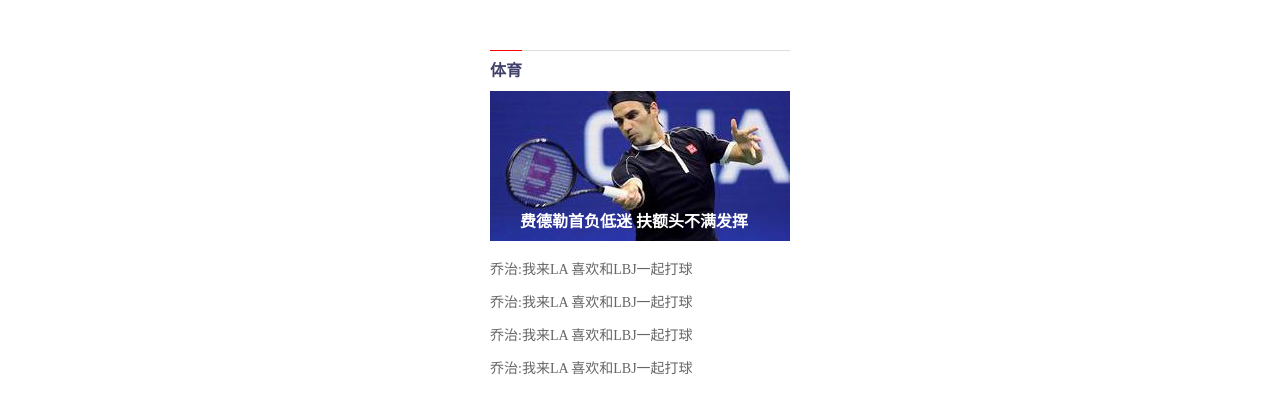
Repository: Romic77/css-test
Page: exercise/03_网易新闻的右侧列表.html
These files come from the project's save history. The page is drawn as it stood at one moment and after the next save; the edit follows.
The browser window is 1280 px wide. The pictures show the whole page.

Above is the page before, as saved 2022-09-03 15:59:54.

### exercise/03_网易新闻的右侧列表.html
<!DOCTYPE html>
<html lang="en">

<head>
    <meta charset="UTF-8">
    <meta http-equiv="X-UA-Compatible" content="IE=edge">
    <meta name="viewport" content="width=device-width, initial-scale=1.0">
    <title>Document</title>
    <link rel="stylesheet" href="./css/reset.css">
    <style>
        a {
            text-decoration: none;
        }

        .news-wrapper {
            width: 300px;
            height: 358px;
            margin: 50px auto;

            /* 设置上边框 */
            border-top: 1px solid #ddd;
        }

        .news-wrapper h2 {
            height: 40px;
            /* 文字居中 */
            line-height: 40px;
        }

        .news-wrapper h2 a {
            color: #40406B;
            font-weight: bold;
        }

        .news-title {
            height: 40px;
            display: inline-block;
            border-top: 1px red solid;

            margin-top: -1px;

        }

        /* 设置图片div高度 */
        .news-img {
            height: 150px;
        }

        .news-img .img-title {
            color: #fff;
            margin-top: -30px;
            font-weight: bold;
            padding-left: 30px;
        }

        .news-list {
            margin-top: 20px;
        }

        .news-list li {
            margin-bottom: 17px;
        }

        .news-list li a {
            font-size: 14px;
            color: #666666;
        }
    </style>
</head>

<body>
    <div class="news-wrapper">
        <h2 class="news-title">
            <a href="#">体育</a>
        </h2>

        <div class="news-img">
            <a href="#">
                <img src="./img/03/1.jpeg" alt="">

                <h3 class="img-title">费德勒首负低迷 扶额头不满发挥 </h3>
            </a>
        </div>

        <ul class="news-list">
            <li><a href="#">乔治:我来LA 喜欢和LBJ一起打球</a></li>
            <li><a href="#">乔治:我来LA 喜欢和LBJ一起打球</a></li>
            <li><a href="#">乔治:我来LA 喜欢和LBJ一起打球</a></li>
            <li><a href="#">乔治:我来LA 喜欢和LBJ一起打球</a></li>
        </ul>

    </div>
</body>

</html>

Loaded but not shown: exercise/css/reset.css (common file)

After the next save:
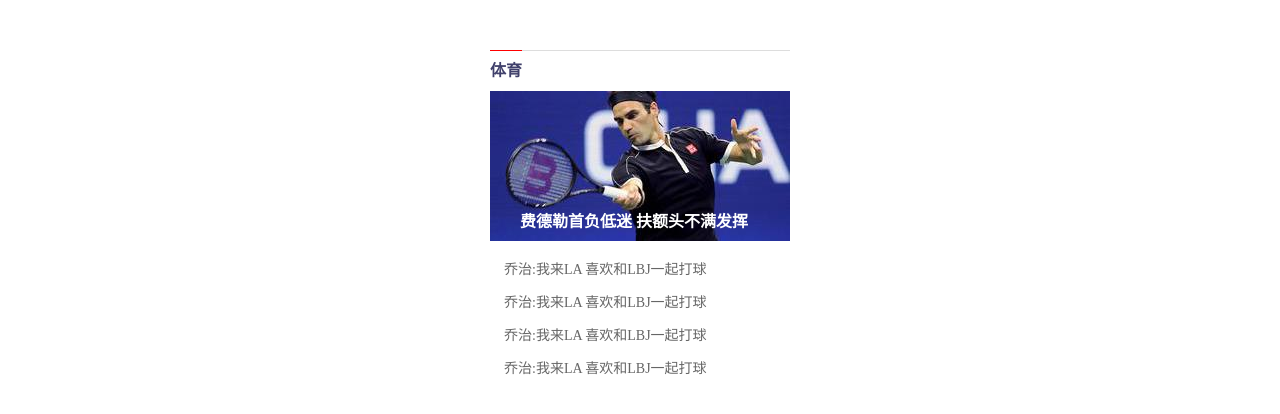
Saved 34 s later.
--- a/exercise/03_网易新闻的右侧列表.html
+++ b/exercise/03_网易新闻的右侧列表.html
@@ -54,6 +54,7 @@
         }
 
         .news-list {
+            padding-left: 14px;
             margin-top: 20px;
         }
 

After the 2 saves that followed:
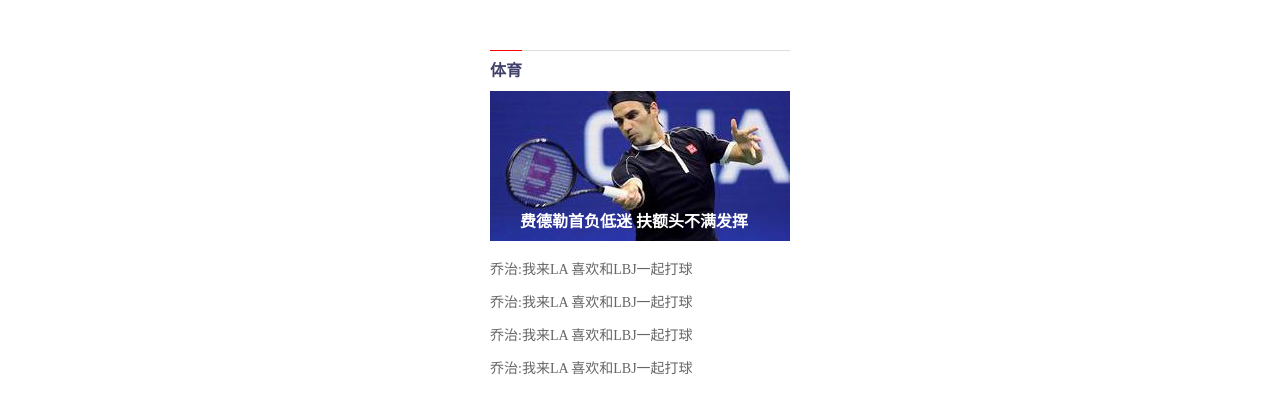
The 2 saves are shown as one change because 1 left the picture as it was.
The last was saved 34 s later.
--- a/exercise/03_网易新闻的右侧列表.html
+++ b/exercise/03_网易新闻的右侧列表.html
@@ -54,7 +54,7 @@
         }
 
         .news-list {
-            padding-left: 14px;
+
             margin-top: 20px;
         }
 
